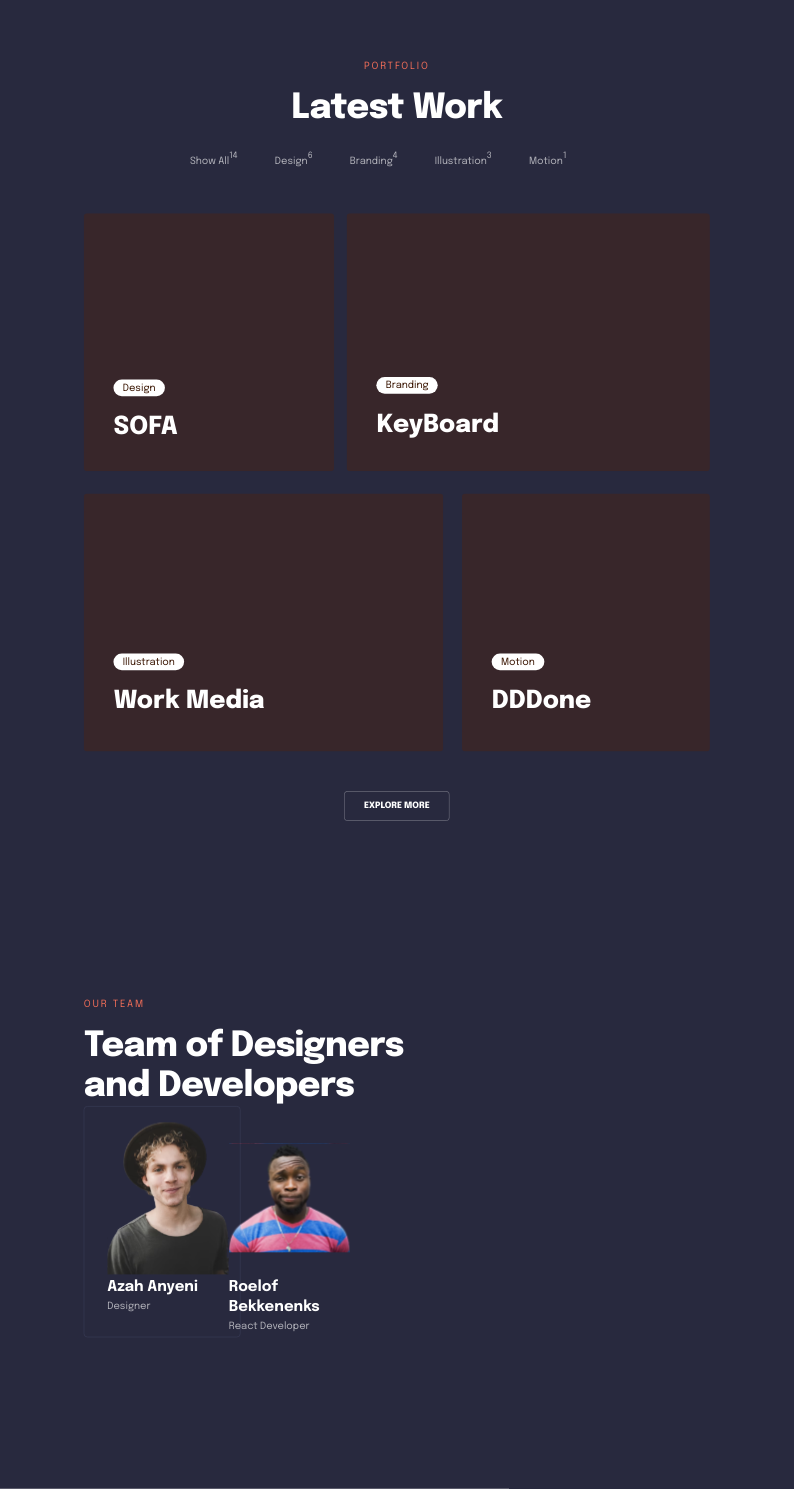
Repository: FidanXankishiyeva/figma-positions-task
Page: index.html
The author's editor kept a copy of each file at every save. The page is drawn from the files as they stood at one save, then again after a run of saves.
The browser window is 1280 px wide. The pictures show the whole page, at 62% of full size.

Above is the page before, as saved 2023-08-10 13:33:08.

After the next 4 saves:
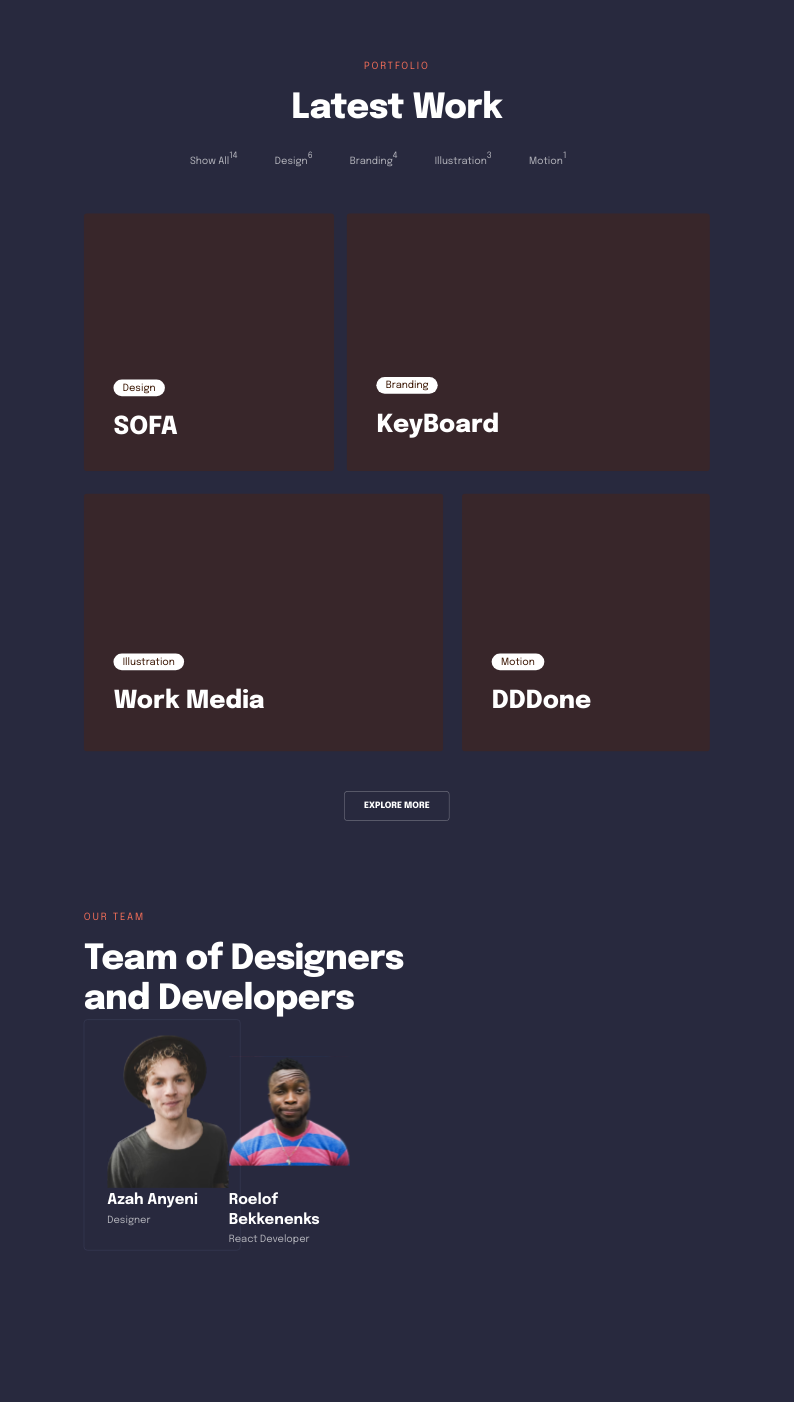
The 4 saves are shown as one change because they came seconds apart.
The last was saved 10 s later.
--- a/index.css
+++ b/index.css
@@ -258,10 +258,10 @@
     padding: 140px 135px 244px 135px;
 }
 .text-box-2{
-
+    width: 531px;
 }
 .text-box-2 h3{
-    margin-top: 140px;
+
     color: var(--text-light-accent, #EF6D58);
     font-feature-settings: 'clig' off, 'liga' off;
     font-family: Epilogue;
@@ -273,7 +273,7 @@
     text-transform: uppercase;
 }
 .text-box-2 h4{
-    width: 531px;
+
     margin-top: 20px;
     color: var(--text-light, #FFF);
 font-feature-settings: 'clig' off, 'liga' off;

After the save that followed:
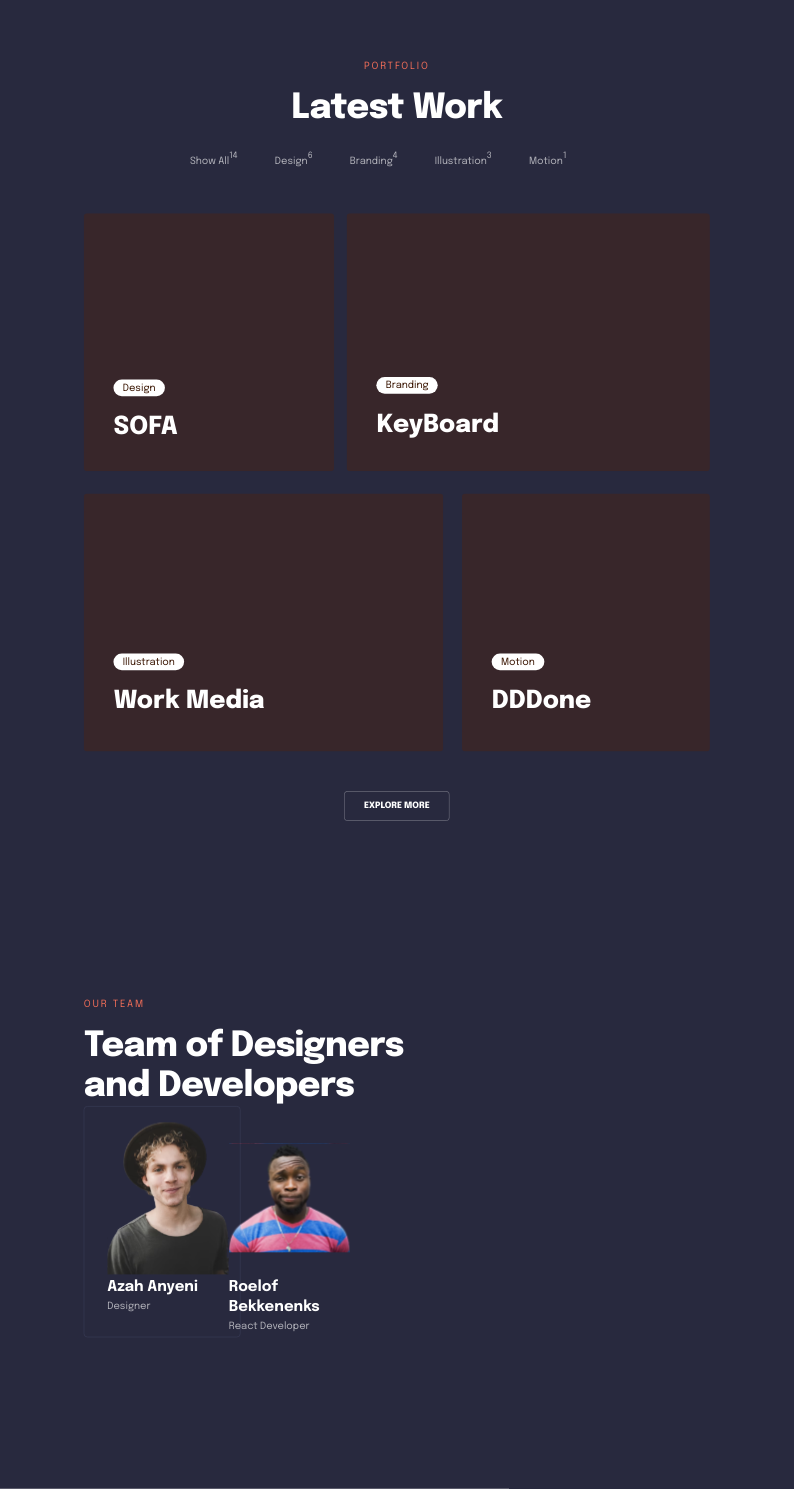
Saved 18 s later.
--- a/index.css
+++ b/index.css
@@ -261,7 +261,7 @@
     width: 531px;
 }
 .text-box-2 h3{
-
+    margin-top: 140px;
     color: var(--text-light-accent, #EF6D58);
     font-feature-settings: 'clig' off, 'liga' off;
     font-family: Epilogue;
